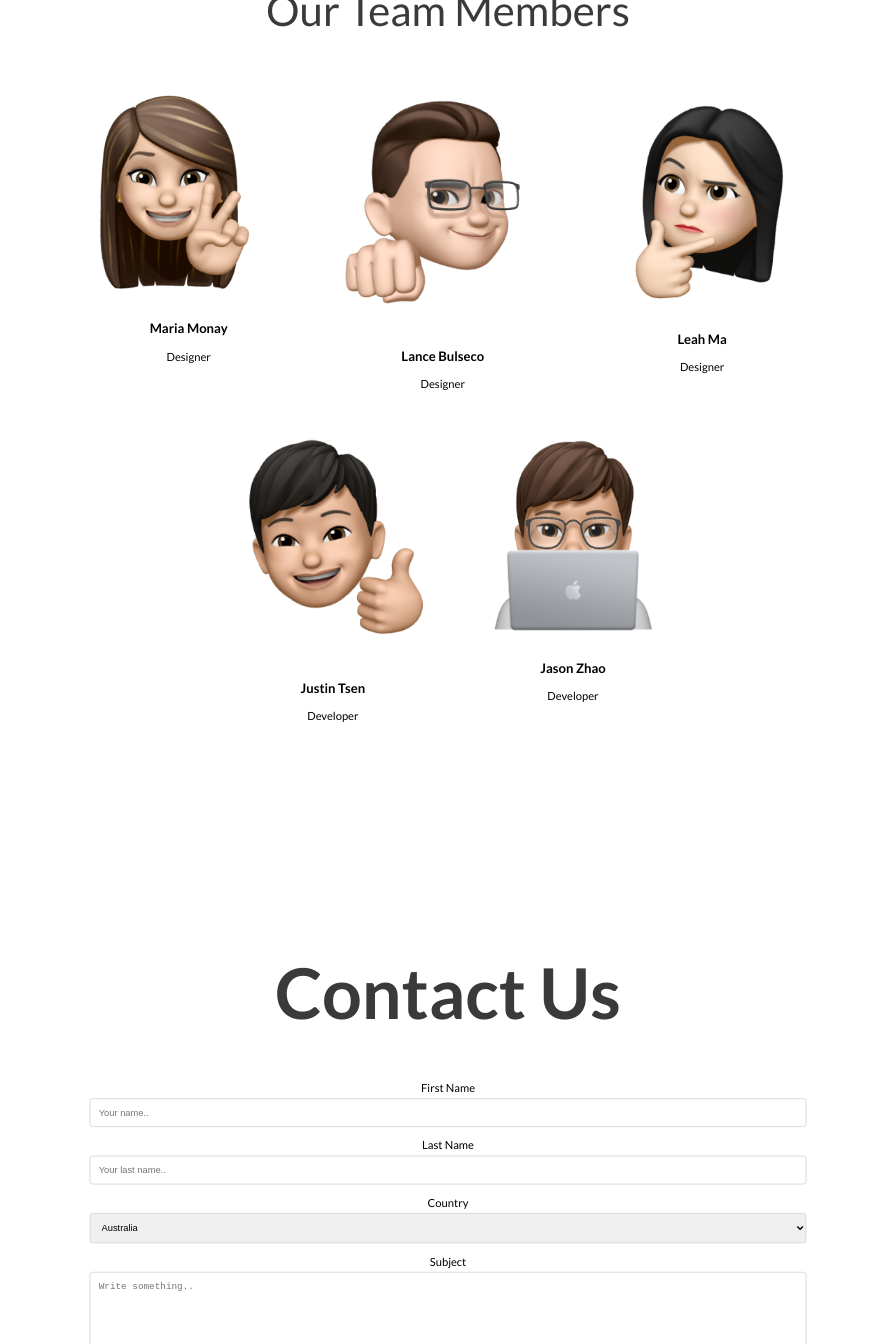
Repository: leahma1208/dinemaster
Page: index.html
The author's editor kept a copy of each file at every save. The page is drawn from the files as they stood at one save, then again after the next save.
The browser window is 1280 px wide. The pictures show the part of the page from y = 4580 to 6500 px (the page is 6903 px tall before and 6951 px after), at 70% of full size.
A picture or video elsewhere on the page could not be fetched, so the positions and the page height are approximate.

Above is the page before, as saved 2021-05-07 13:05:44.

After the next save:
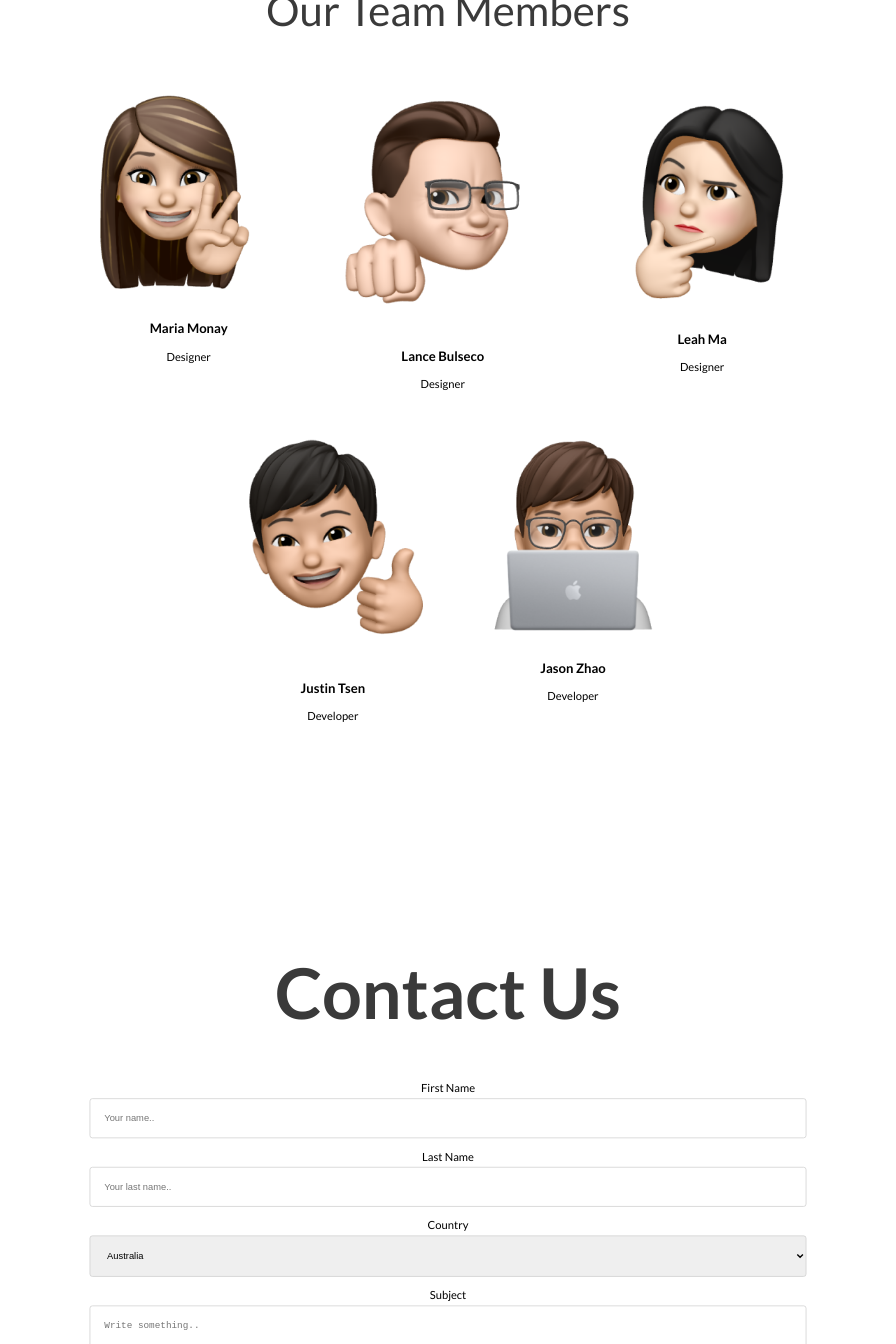
Saved 54 s later.
--- a/style.css
+++ b/style.css
@@ -176,7 +176,7 @@
 select,
 textarea {
   width: 100%;
-  padding: 12px;
+  padding: 20px;
   border: 1px solid #ccc;
   border-radius: 4px;
   box-sizing: border-box;
